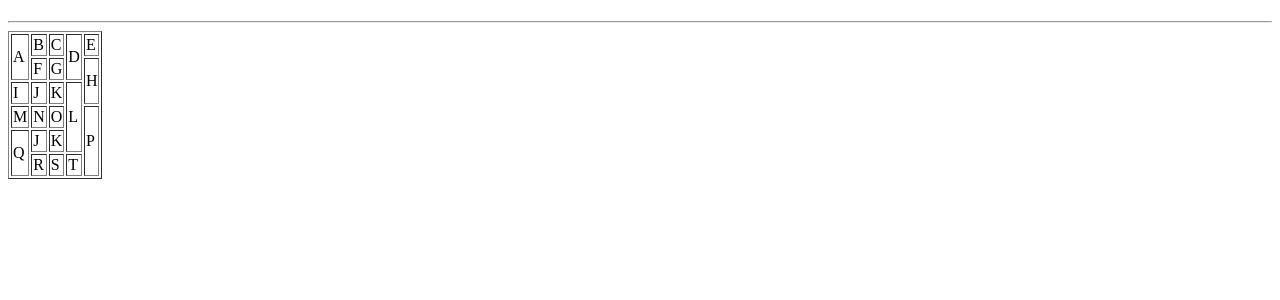
Repository: jp0301/WebStudy
Page: WebApp01/WebContent/Test013.html
These files come from the project's save history. The page is drawn as it stood at one moment and after the next save; the edit follows.
The browser window is 1280 px wide. The pictures show the whole page.

Above is the page before, as saved 2022-09-27 02:47:03.

### WebApp01/WebContent/Test013.html
<!DOCTYPE html>
<html>
<head>
<meta charset="UTF-8">
<title>Test013.html</title>
</head>
<body>

<div>
	<h1>  </h1>
	<hr>
</div>

	<table border="1">
		<tr>
			<td rowspan="2">A</td>
			<td>B</td>
			<td>C</td>
			<td rowspan="2">D</td>
			<td>E</td>
		</tr>

		<tr>
			<td>F</td>
			<td>G</td>
			<td rowspan="2">H</td>
		</tr>

		<tr>
			<td>I</td>
			<td>J</td>
			<td>K</td>
			<td rowspan="3">L</td>
		</tr>

		<tr>
			<td>M</td>
			<td>N</td>
			<td>O</td>
			<td rowspan="3">P</td>

		</tr>


		<tr>
			<td rowspan="3">Q</td>
			<td>J</td>
			<td>K</td>
		</tr>


		<tr>
			<td>R</td>
			<td>S</td>
			<td>T</td>
		</tr>


	</table>



</body>
</html>

After the next save:
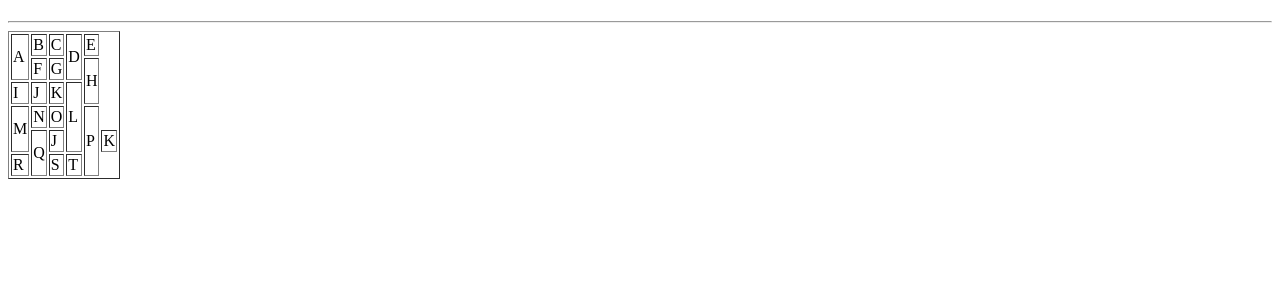
Saved 19 s later.
--- a/WebApp01/WebContent/Test013.html
+++ b/WebApp01/WebContent/Test013.html
@@ -34,7 +34,7 @@
 		</tr>
 
 		<tr>
-			<td>M</td>
+			<td rowspan="2">M</td>
 			<td>N</td>
 			<td>O</td>
 			<td rowspan="3">P</td>
